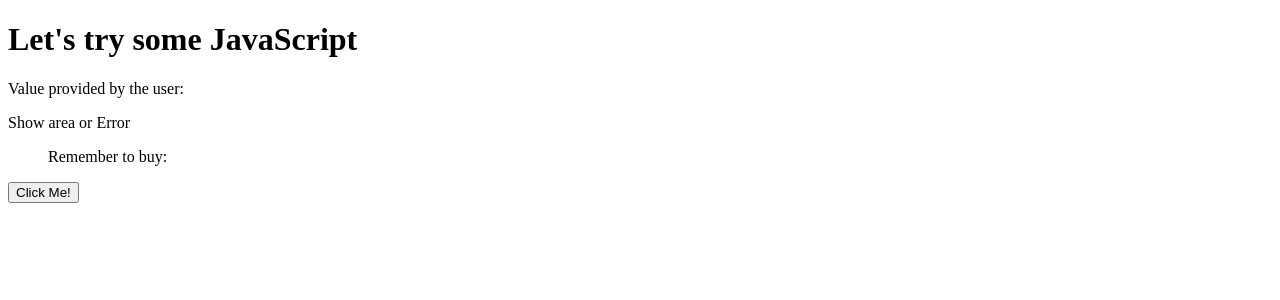
Repository: liulian26/CS5610
Page: week5/week5-index.html
The author's editor kept a copy of each file at every save. The page is drawn from the files as they stood at one save, then again after the next save.
The browser window is 1280 px wide. The pictures show the whole page.

Above is the page before, as saved 2025-02-06 12:31:56.
Console error: TypeError: Cannot read properties of null (reading 'addEventListener')

After the next save:
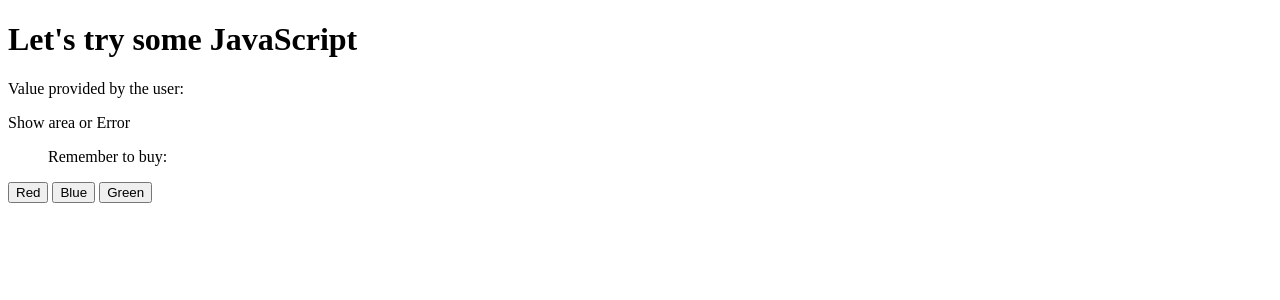
Saved 2 min 10 s later.
--- a/week5/week5-index.html
+++ b/week5/week5-index.html
@@ -13,10 +13,12 @@
     <p id="radius">Value provided by the user:</p>
     <p id="result">Show area or Error</p>
     <ul class="shopping"> Remember to buy:</ul>
-    <button id="updateImage">Click Me!</button>
+    <!-- <button id="updateImage">Click Me!</button> --->
     <!-- <img id="shoppingCart"> -->
-    <!-- <button>Red</button> -->
-    <!-- <button>Blue</button> -->
-    <!-- <button>Green</button> -->
+    <div class="buttonContainer">
+      <button>Red</button>
+      <button>Blue</button>
+      <button>Green</button>
+    </div>
   </body>
 </html>
